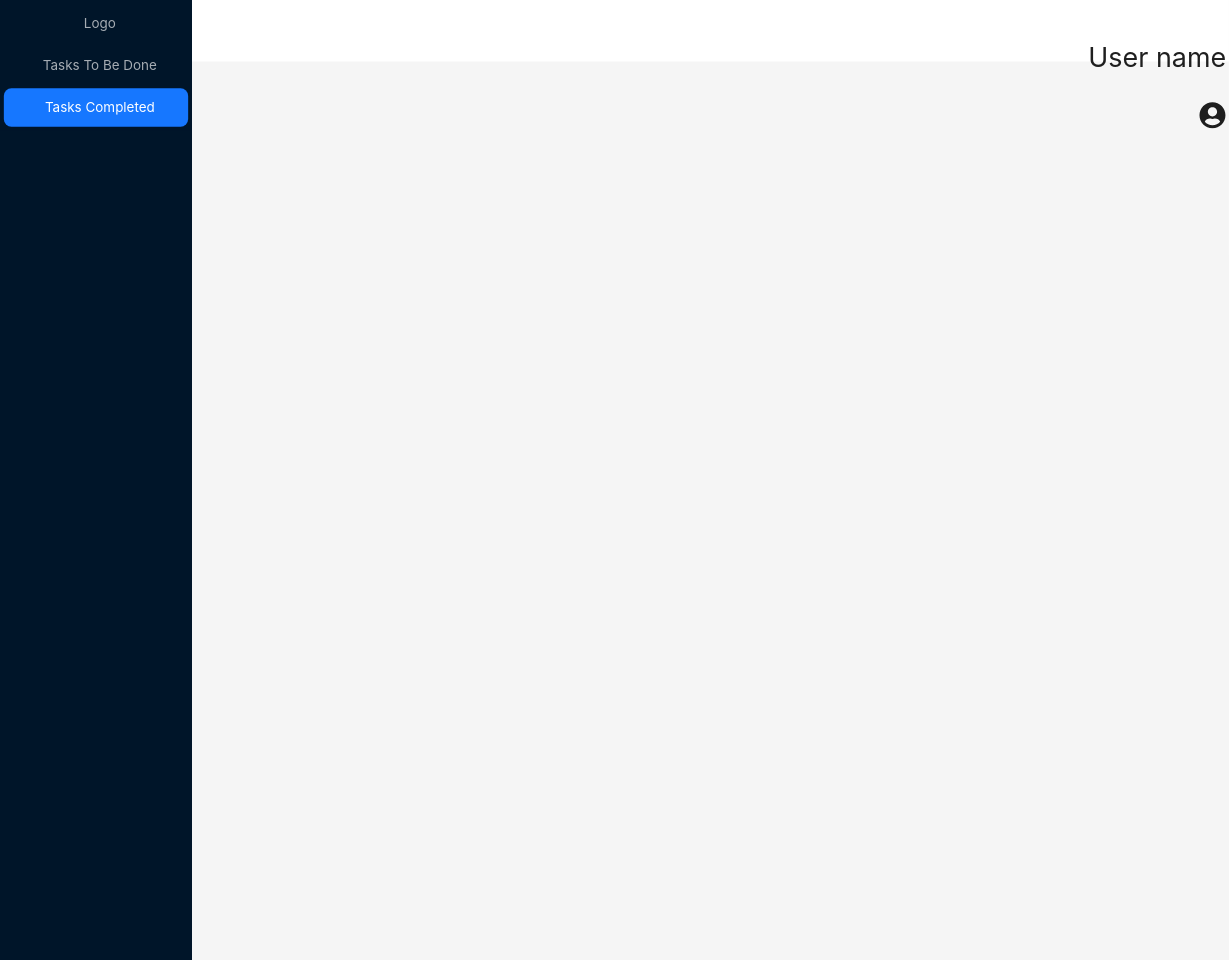
Repository: runner855/todolist_new
Page: /
These files come from the project's save history. The page is drawn as it stood at one moment and after the next save; the edit follows.
The browser window is 1280 px wide. The pictures show the whole page, at 96% of full size.
The project was rebuilt for these pictures with package versions that can differ from the ones it lists, and the page was loaded fresh each time.

Above is the page before, as saved 2023-03-19 17:20:07.

After the next save:
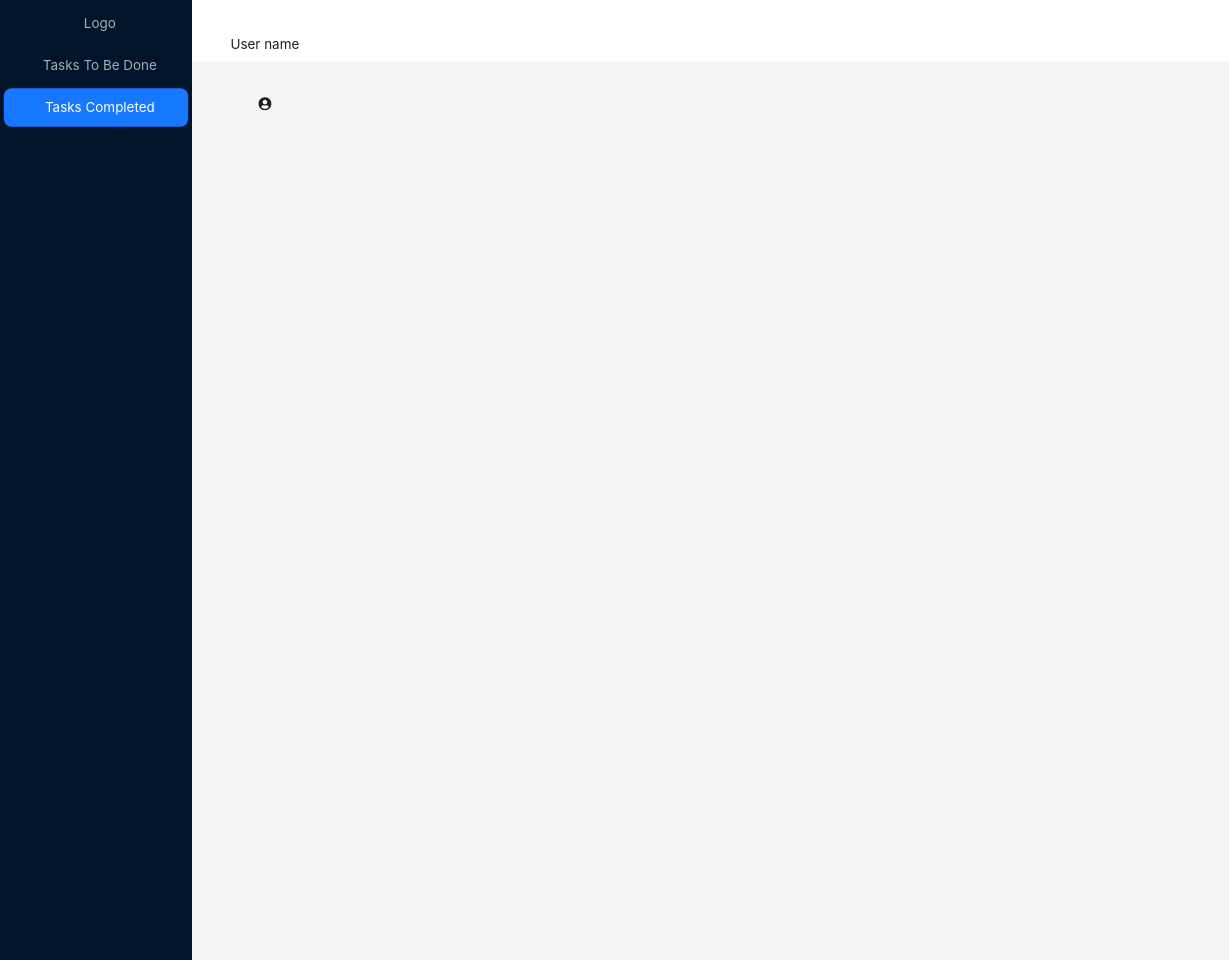
Saved 75 s later.
--- a/src/components/NavBar/NavBar.css
+++ b/src/components/NavBar/NavBar.css
@@ -9,7 +9,9 @@ li {
 }
 
 .avatar_container {
-  text-align: right;
+  /* text-align: right;
   font-size: 2em;
-  margin-right: 0.1em;
+  margin-right: 0.1em; */
+  display: flex;
+  flex-direction: row;
 }
